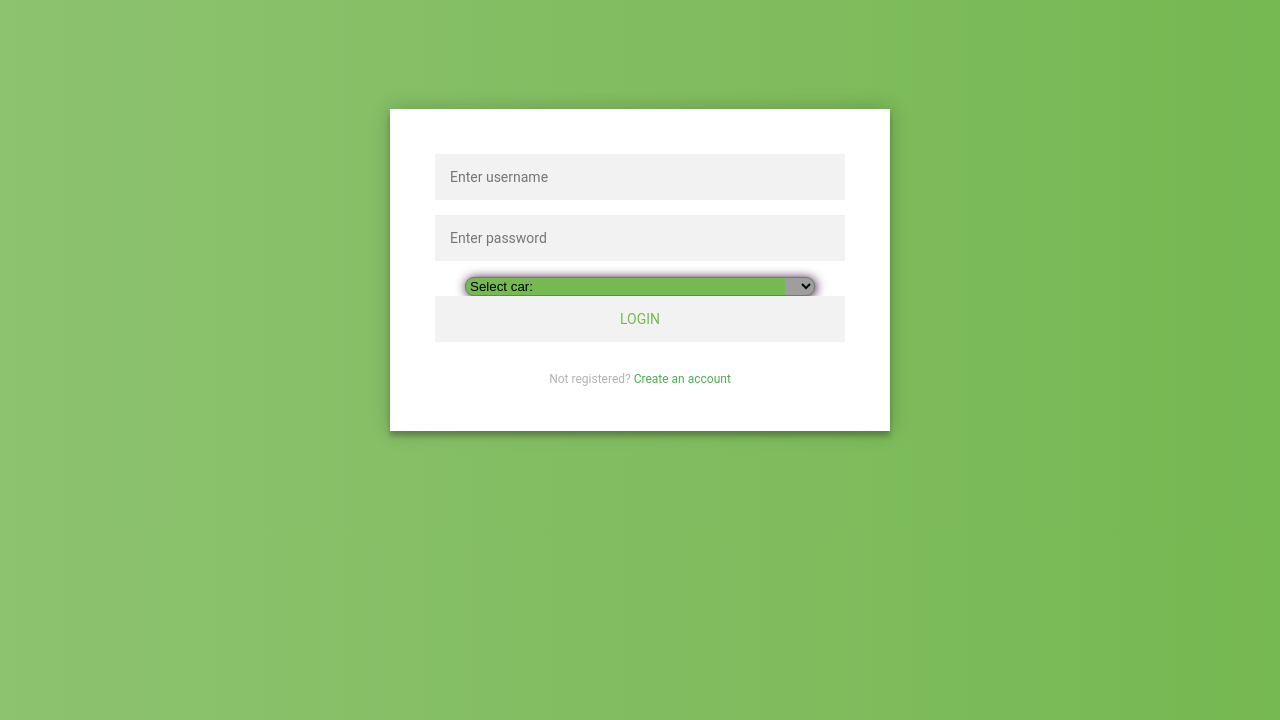
Repository: satishkumarms/WorkSpace
Page: MyWebDemos/WebContent/LoginPage.html
An editor plug-in stored every save of this project. The page is shown before and after the next save, followed by the edit.
The browser window is 1280 px wide. The pictures show the whole page.
Pictures or frames that could not be fetched are drawn as grey boxes.

Above is the page before, as saved 2018-07-18 06:52:30.

### MyWebDemos/WebContent/LoginPage.html
<!DOCTYPE html>
<html>
<head>
<meta charset="ISO-8859-1">


</head>
<style>
.login-page {
  width: 500px;
  padding: 8% 0 0;
  margin: auto;
}
.form {
  position: relative;
  z-index: 1;
  background: #FFFFFF;
  max-width: 500px;
  margin: 0 auto 100px;
  padding: 45px;
  text-align: center;
  box-shadow: 0 0 20px 0 rgba(0, 0, 0, 0.2), 0 5px 5px 0 rgba(0, 0, 0, 0.24);
}
.form input {
  font-family: "Roboto", sans-serif;
  outline: 0;
  background: #f2f2f2;
  width: 100%;
  border: 0;
  margin: 0 0 15px;
  padding: 15px;
  box-sizing: border-box;
  font-size: 14px;
}
.submit {
  font-family: "Roboto", sans-serif;
  text-transform: uppercase;
  outline: 0;
  background: #b3b3b3;

  width: 100%;
  border: 0;
  padding: 15px;
  color: #76b852;
  font-size: 14px;
  -webkit-transition: all 0.3 ease;
  transition: all 0.3 ease;
  cursor: pointer;
}
.form button:hover,.form button:active,.form button:focus {
  background: #43A047;
}
.form .message {
  margin: 15px 0 0;
  color: #b3b3b3;
  font-size: 12px;
}
.form .message a {
  color: #4CAF50;
  text-decoration: none;
}
.form .register-form {
  display: none;
}
.container {
  position: relative;
  z-index: 1;
  max-width: 300px;
  margin: 0 auto;
}
.container:before, .container:after {
  content: "";
  display: block;
  clear: both;
}
.container .info {
  margin: 50px auto;
  text-align: center;
}
.container .info h1 {
  margin: 0 0 15px;
  padding: 0;
  font-size: 36px;
  font-weight: 300;
  color: #1a1a1a;
}
.container .info span {
  color: #4d4d4d;
  font-size: 12px;
}
.container .info span a {
  color: #000000;
  text-decoration: none;
}
.container .info span .fa {
  color: #EF3B3A;
}
body {
  background: #76b852; /* fallback for old browsers */
  background: -webkit-linear-gradient(right, #76b852, #8DC26F);
  background: -moz-linear-gradient(right, #76b852, #8DC26F);
  background: -o-linear-gradient(right, #76b852, #8DC26F);
  background: linear-gradient(to left, #76b852, #8DC26F);
  font-family: "Roboto", sans-serif;
  -webkit-font-smoothing: antialiased;
  -moz-osx-font-smoothing: grayscale;
}

select {

overflow:hidden;
   width:350px;
   -moz-border-radius: 9px 9px 9px 9px;
   -webkit-border-radius: 9px 9px 9px 9px;
   border-radius: 9px 9px 9px 9px;
   box-shadow: 1px 1px 11px #330033;
   background: #76b852 url("http://i62.tinypic.com/15xvbd5.png") no-repeat scroll 319px center;
}
</style>

<div class="login-page">
  <div class="form">
    <form name='form1' class="login-form"  onsubmit = "return validatelogin()" action="http://localhost:8081/MyWebDemos/hs">
      <input type="text" name ="username" placeholder="Enter username" required/>
      <input type="password" name ="password" placeholder="Enter password"/>

    <select>
    <option value="0">Select car:</option>
    <option value="2">ADMIN</option>
    <option value="1">USER</option>
    </select>


      <input type="submit" class = 'submit' value ='Login' >

      <p class="message">Not registered? <a href="signup.html">Create an account</a></p>
    </form>
  </div>
</div>

<script>
function validatelogin()
{
 /* var username = document.getElementById('username');
 var password = document.getElementById('password'); */
 var username = form1.username;
 var password = form1.password;
 if(username.value=='' || password.value=='')

	{
	alert("please enter username");
	return false;
	}
	else{
	  alert("sending values-->"+username.value+ "-->" + password.value);
	  return true;
	}
}

</script>


</html>

After the next save:
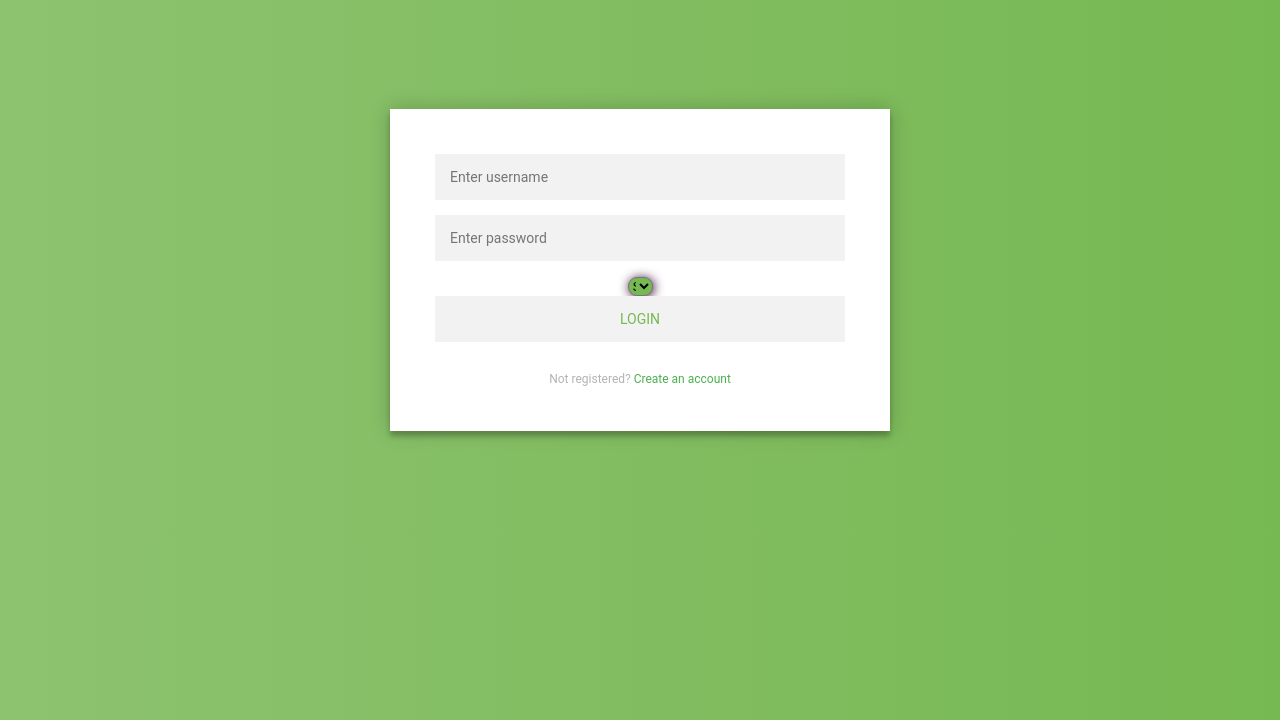
Saved 118 s later.
--- a/MyWebDemos/WebContent/LoginPage.html
+++ b/MyWebDemos/WebContent/LoginPage.html
@@ -109,7 +109,7 @@ body {
 select {
 
 overflow:hidden;
-   width:350px;
+   width:25px;
    -moz-border-radius: 9px 9px 9px 9px;
    -webkit-border-radius: 9px 9px 9px 9px;
    border-radius: 9px 9px 9px 9px;
